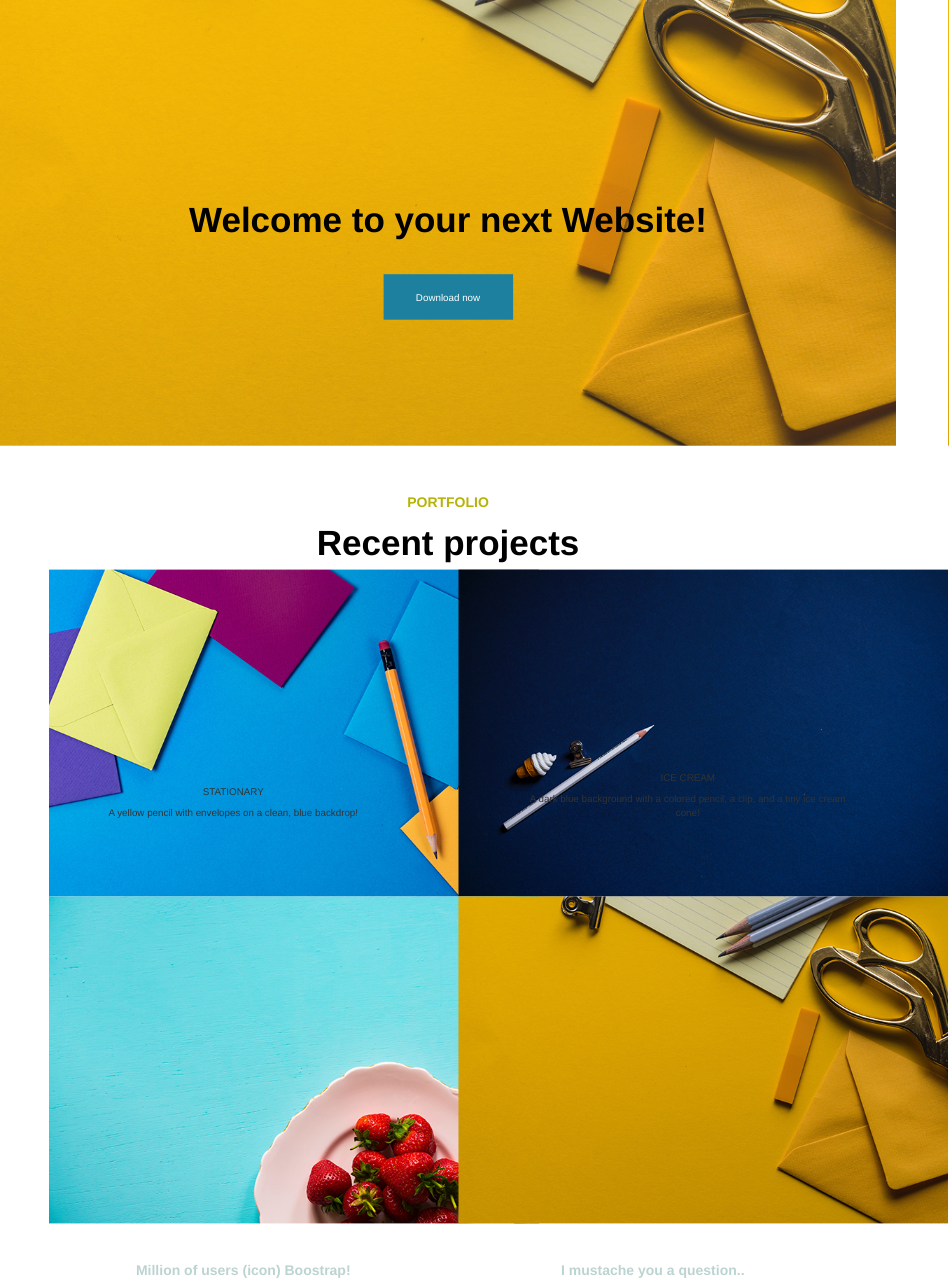
Repository: codin-full-stack/tomasz
Page: http://localhost/tomasz/portfolio/index.php
An editor plug-in stored every save of this project. The page is shown before and after a run of saves, followed by the edit.
The browser window is 1280 px wide. The page is 1355 px wide, so the pictures cover 1355 px, including what lies to the right of the window. The pictures show the part of the page from y = 1794 to 3634 px (the page is 3634 px tall), at 70% of full size.
Some web libraries are served in a nearby version. The page is run by PHP 8.4 with error messages shown; the project is at /var/www/html/.

Above is the page before, as saved 2018-10-23 09:13:52.

### portfolio/index.php
<!DOCTYPE html>
<html lang="en">
  <head>
    <meta charset="utf-8">
    <meta name="viewport" content="width=device-width, initial-scale=1, shrink-to-fit=no">
    <link rel="stylesheet" href="styles.css">
    <!-- Latest compiled and minified CSS -->
    <link rel="stylesheet" href="https://maxcdn.bootstrapcdn.com/bootstrap/3.3.7/css/bootstrap.min.css">
    <link rel="stylesheet" href="https://use.fontawesome.com/releases/v5.4.1/css/all.css" integrity="sha384-5sAR7xN1Nv6T6+dT2mhtzEpVJvfS3NScPQTrOxhwjIuvcA67KV2R5Jz6kr4abQsz" crossorigin="anonymous">
    <!-- jQuery library -->
    <script src="https://ajax.googleapis.com/ajax/libs/jquery/3.3.1/jquery.min.js"></script>
    <!-- Latest compiled JavaScript -->
    <script src="https://maxcdn.bootstrapcdn.com/bootstrap/3.3.7/js/bootstrap.min.js"></script>
  </head>

<body>
    <section class="first">
      <div class="container-fluid flex">
        <div class="textbox">
        <h1 class="maintext">Stylish portfolio</h1>
        <h2 class="secondtext"><i>A free Bootstrap Theme by Start Bootstrap</i></h2>
        <button class="button">Find Out More</button>
        </div>
      </div>
    </section>

    <section class="second">
      <div class="container-fluid flex">
        <div class="textbox2">
          <h1 class="maintext2">Stylish portfolio is the perfect theme for your next project!</h1>
          <h2 class="secondtext2"><i>This theme features is flexible, UX friendly sidebar menu and stock photos from your friends at Unsplash!</i></h2>
          <button class="button2">What We Offer</button>
        </div>
      </div>
    </section>

    <section class="third">
      <div class="container flex">
        <div class="textbox3">
        <h2 class="secondtext3">SERVICES</h2>
        <h1 class="maintext3">What We Offer</h1>
          <div class="row">
              <div class="col-md-3">
                <div class="iconframe"></div>
                <p class="maintext4">Responsive</p>
                <p class="secondtext4">Looks great on any screen size!</p>
              </div>
              <div class="col-md-3">
              <div class="iconframe"></div>
                <p class="maintext4">Redesigned</p>
                <p class="secondtext4">Freshly design for Boostrap 4.</p>
              </div>
              <div class="col-md-3">
                <div class="iconframe"></div>
                  <p class="maintext4">Favorited</p>
                  <p class="secondtext4">Million of users (icon) Boostrap!</p>

              </div>
              <div class="col-md-3">
                <div class="iconframe"></div>
                  <p class="maintext4">Question</p>
                  <p class="secondtext4">I mustache you a question..</p>
              </div>
            </div>
        </div>
      </div>
    </section>

        <section class="fourth">
      <div class="container-fluid flex">
        <div class="textbox4">
        <h1 class="maintext5">Welcome to your next Website!</h1>
        <button class="button">Download now</button>
        </div>
      </div>
    </section>

<section class="fifth">
      <div class="container flex">
        <div class="textbox5">
        <h2 class="secondtext5">PORTFOLIO</h2>
        <h1 class="maintext5">Recent projects</h1>
          <div class="row">
              <div class="col-md-6">
                <img src="images/portfolio-1.jpg" alt="">
                  <div class="photobox">
                  <p class="maintext6">STATIONARY</p>
                  <p class="secondtext6">A yellow pencil with envelopes on a clean, blue backdrop!</p>
                  </div>
              </div>
              <div class="col-md-6">
              <img src="images/portfolio-2.jpg" alt="">
                <div class="photobox">
                  <p class="maintext6">ICE CREAM</p>
                  <p class="secondtext6">A dark blue background with a colored pencil, a clip, and a tiny ice cream cone!</p>
                </div>
              </div>
            </div>
            <div class="row">
              <div class="col-md-6">
              <img src="images/portfolio-3.jpg" alt="">


                  <p class="maintext4">Favorited</p>
                  <p class="secondtext4">Million of users (icon) Boostrap!</p>

              </div>
              <div class="col-md-6">
                <img src="images/portfolio-4.jpg" alt="">
                  <p class="maintext4">Question</p>
                  <p class="secondtext4">I mustache you a question..</p>
              </div>
            </div>
        </div>
      </div>
    </section>





</body>



























</html>

### portfolio/styles.css
body {
    /* width: 100vw;
    height: 100vh; */
}

.first {
    height: 100vh;
    display: flex;
    width: 100%;
    background-image: url("images/bg-masthead.jpg");
    background-position: left;
    background-repeat: no-repeat;
    background-size: cover;
}

.second {
    padding: 120px 0;
    background-color: #ffffff;

}
.third {
    background-color: #1d809f;
    height: 550px;
}

.fourth {
    height: 100vh;
    background-image: url("images/bg-callout.jpg");
    background-position: left;
    background-repeat: no-repeat;
    background-size: cover;
}
.fifth {
    /* height: 100vh; */

}

.textbox {
    width: 650px;
    align-self: center;
    text-align: center;
    margin: 0 auto;
}
.textbox2 {

    width: 840px;
    align-self: center;
    text-align: center;
    margin: 0 auto;
}

.textbox3 {
    padding-top: 100px;
    align-self: center;
    text-align: center;
    margin: 0 auto;
}
.textbox4 {
    padding-top: 350px;
    align-self: center;
    text-align: center;
    margin: 0 auto;
}
.textbox5 {
    padding-top: 50px;
    align-self: center;
    text-align: center;
    margin: 0 auto;
}

.first h1 {
    font-size: 85px;
}

.first h2 {
    font-size: 30px;
}

.second h1 {
    font-size: 26px;
    font-weight: 750;
}
.second h2 {
    font-size: 16px;
    font-weight: 750;
}
.third h2 {
    font-size: 20px;
    font-weight: bold;
    color: #b6b307;
}

.third h1 {
    font-size: 50px;
    font-weight: bold;
    color: #ffffff;
}
.fourth h1 {
    font-size: 50px;
    font-weight: bold;
    color: #000000;
}

.maintext4 {
    font-size: 30px;
    font-weight: bold;
    color: #ffffff;
}

.secondtext4 {
    font-size: 20px;
    font-weight: bold;
    color: #bcd4d1;
}

.fifth h2 {
    font-size: 20px;
    font-weight: bold;
    color: #b6b307;
}

.fifth h1 {
    font-size: 50px;
    font-weight: bold;
    color: #000000;
}

.container-fluid {

}

.flex {
    display: flex;
}

.button {
    width: 185px;
    height: 65px;
    background-color: #1d809f;
    border: none;
    color: #ffffff;
    align-self: center;
    margin-top: 40px;
}

.button2 {
    width: 185px;
    height: 65px;
    background-color: #000000;
    border: none;
    color: #ffffff;
    margin-top: 40px;
}

.iconframe {
    height: 120px;
    width: 120px;
    background-color: #ffffff;
    border-radius: 100%;
    display: inline-block;
}

.photobox {
    position: absolute;
    bottom: 100px;
    left: 100px;
}

After the next 2 saves:
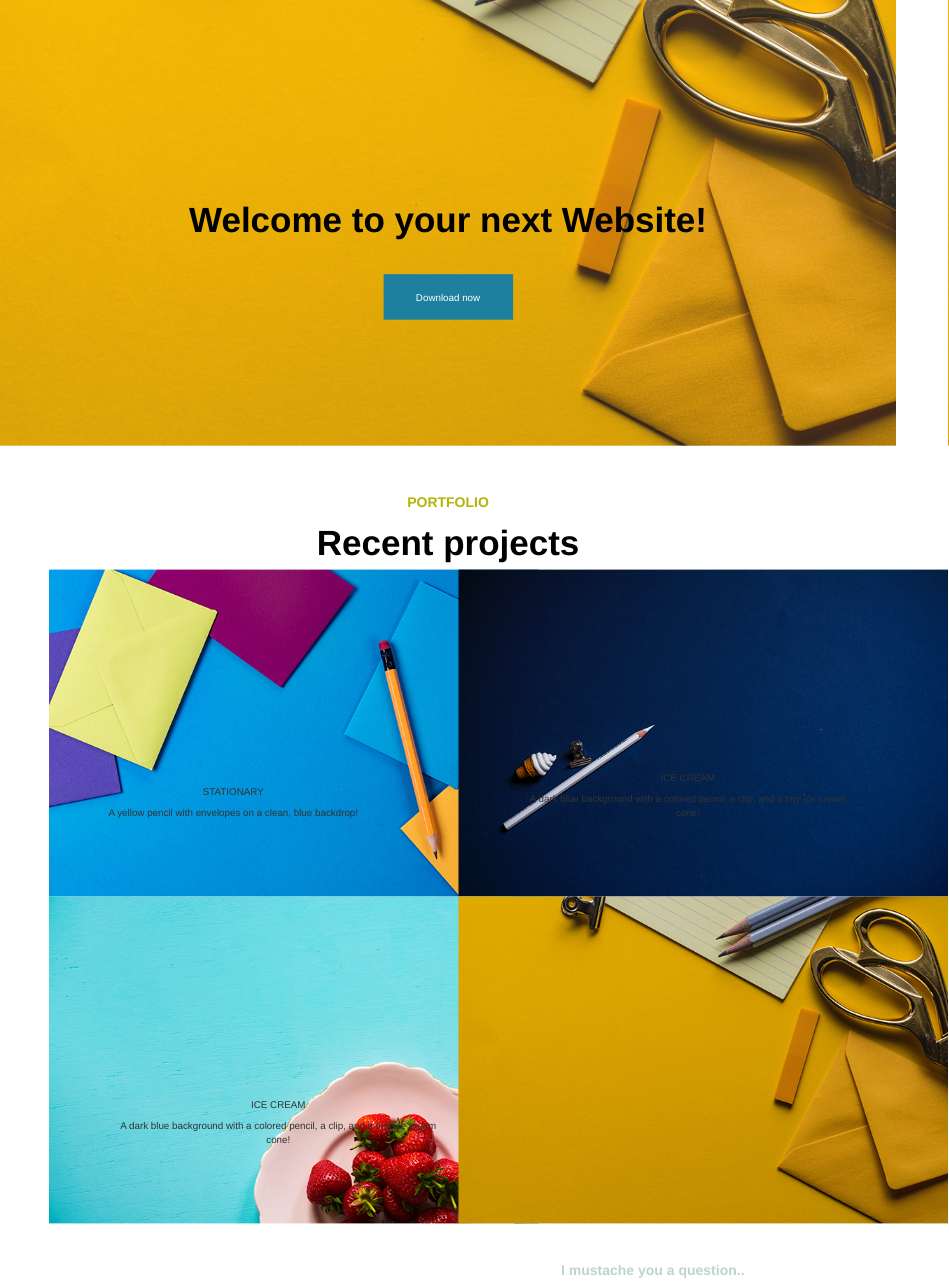
The 2 saves are shown as one change because they came seconds apart.
The last was saved 9 s later.
--- a/portfolio/index.php
+++ b/portfolio/index.php
@@ -99,10 +99,10 @@
             <div class="row">
               <div class="col-md-6">
               <img src="images/portfolio-3.jpg" alt="">
-
-
-                  <p class="maintext4">Favorited</p>
-                  <p class="secondtext4">Million of users (icon) Boostrap!</p>
+                <div class="photobox">
+                  <p class="maintext6">ICE CREAM</p>
+                  <p class="secondtext6">A dark blue background with a colored pencil, a clip, and a tiny ice cream cone!</p>
+                </div>
 
               </div>
               <div class="col-md-6">
